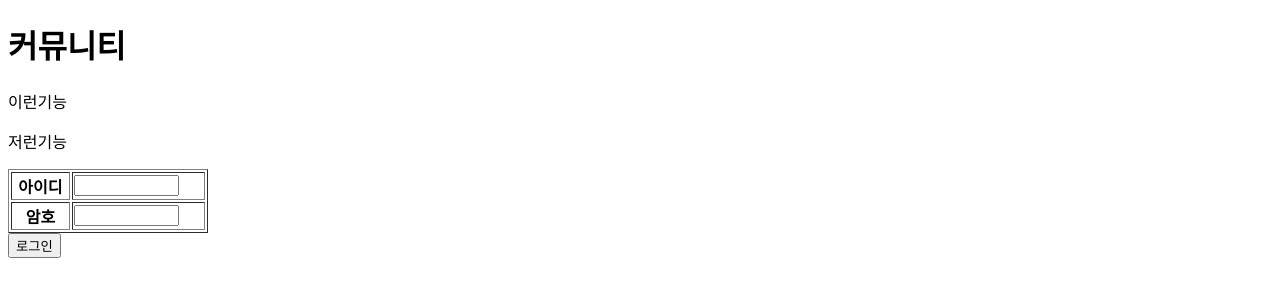
Repository: camicomi/Study_Server
Page: http://localhost/JSPTest/ex04.jsp
The author's editor kept a copy of each file at every save. The page is drawn from the files as they stood at one save, then again after the next save.
The browser window is 1280 px wide. The pictures show the whole page.
The page is served by Tomcat 9.

Above is the page before, as saved 2024-04-01 06:18:36.

After the next save:
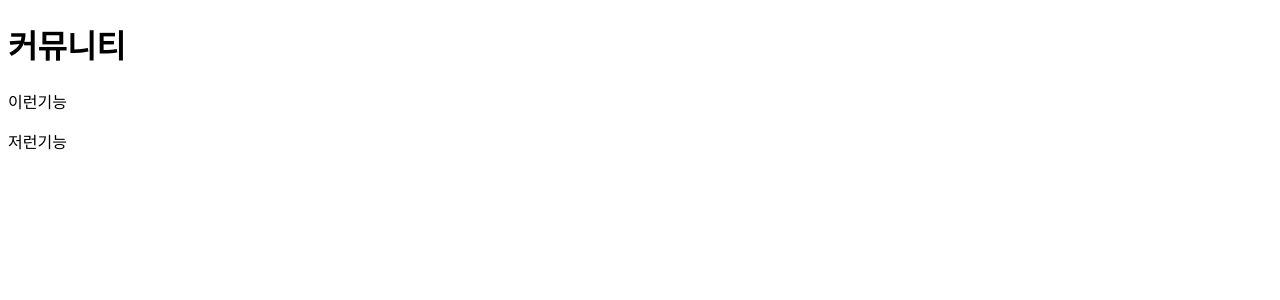
Saved 29 s later.
--- a/JSPTest/src/main/webapp/ex04.jsp
+++ b/JSPTest/src/main/webapp/ex04.jsp
@@ -13,19 +13,7 @@
 	<p>이런기능</p>
 	<p>저런기능</p>
 
-	<table border width="200">
-	<tr>
-		<th>아이디</th>
-		<td><input type="text" size="10"></td>
-	</tr>
-	<tr>
-		<th>암호</th>
-		<td><input type="password" size="10"></td>
-	</tr>
-</table>
-<div>
-	<input type="button" value="로그인">
-</div>
+
 
 </body>
 </html>
